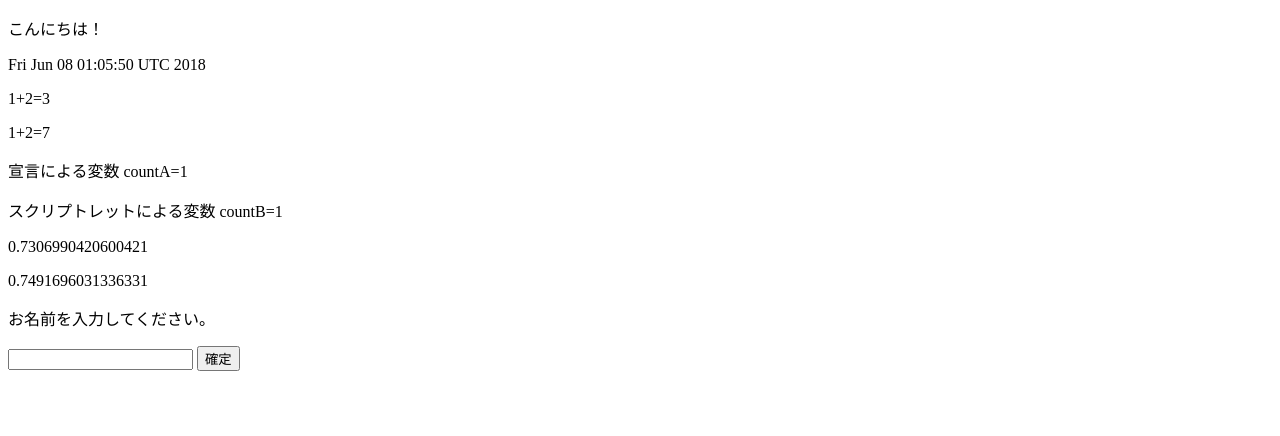
Repository: jun-01731/test
Page: http://localhost/HelloJSP/
An editor plug-in stored every save of this project. The page is shown before and after the next save, followed by the edit.
The browser window is 1280 px wide. The pictures show the whole page.
The page is served by Tomcat 9.

Above is the page before, as saved 2018-06-11 02:25:40.

### HelloJSP/WebContent/index.jsp
<%@ page language="java" contentType="text/html; charset=UTF-8"
    pageEncoding="UTF-8"%>
<!DOCTYPE html>
<html>
<head>
<meta charset="UTF-8">
<title>TEST</title>
</head>
<body>
<p>こんにちは！</p>
<% out.println(new java.util.Date()); %>



<%!
static int add(int a, int b){
	return a+b;
}
%>
<p>1+2=<%=add(1,2) %></p>
<p>1+2=<%=add(3,4) %></p>



<%! static int countA=0; %>
<%
int countB=0;
countA++;
countB++;
%>
<p>宣言による変数 countA=<%=countA %></p>
<p>スクリプトレットによる変数 countB=<%=countB %></p>



<P><% out.println(Math.random()); %></P>
<p><%=Math.random() %></p>



<P>お名前を入力してください。</P>
<form method="post" action="greeting-out.jsp">
<input type="text" name="user">
<input type="submit" value="確定">
</form>




</body>
</html>

After the next save:
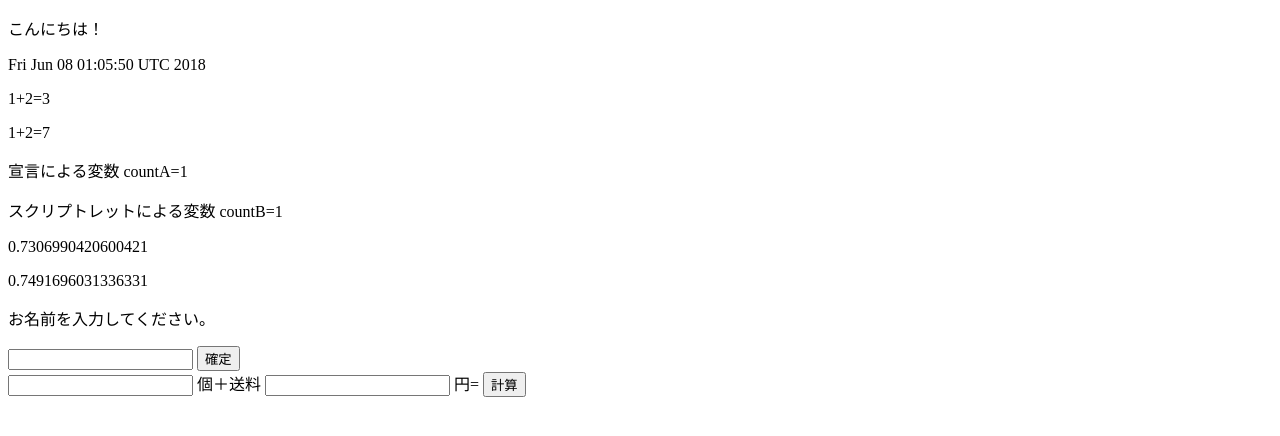
Saved 5 min 51 s later.
--- a/HelloJSP/WebContent/index.jsp
+++ b/HelloJSP/WebContent/index.jsp
@@ -46,6 +46,18 @@ countB++;
 
 
 
+<form method="post" action="total-out.jsp">
+<input type="text" name="price>
+円x
+<input type="text" name="count">
+個＋送料
+<input type="text" name="delivery">
+円=
+<input type="submit" value="計算">
+</form>
+
+
+
 
 </body>
 </html>
